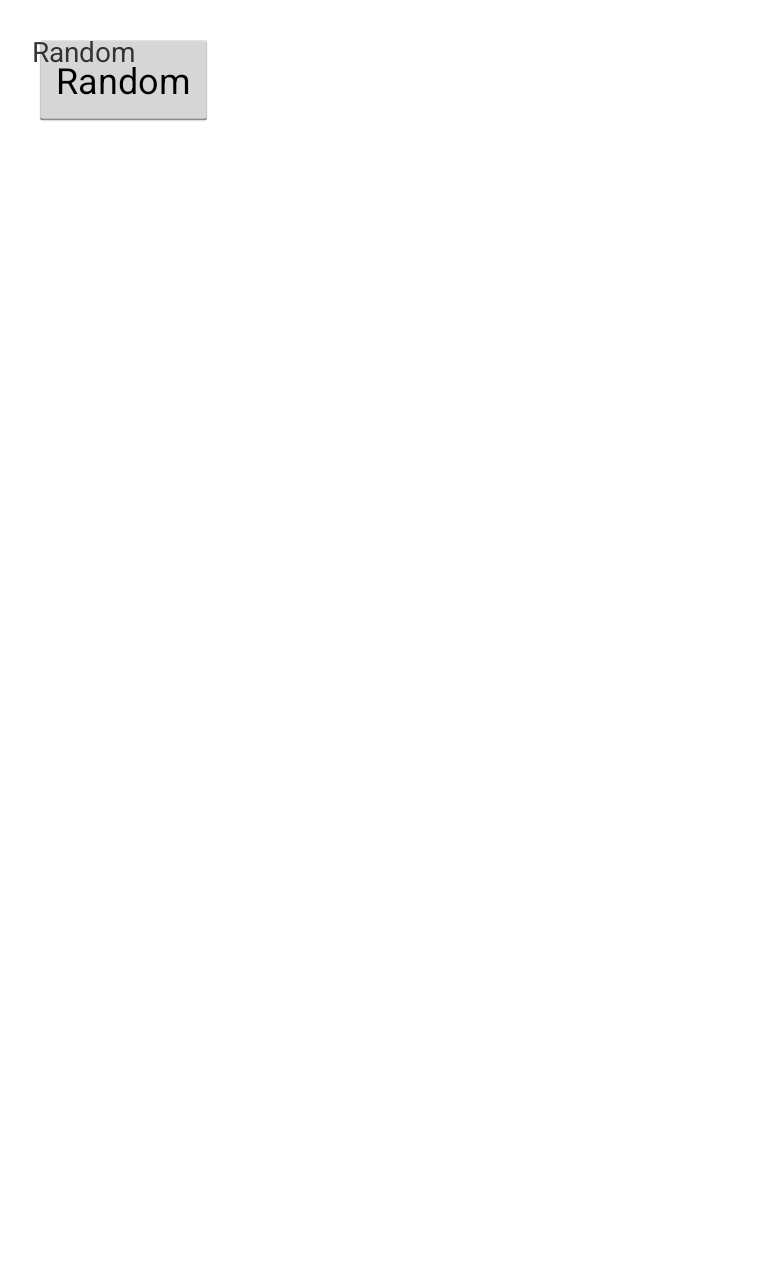
Repository: ek222mw/IDV436_API_Komponent
Layout: Labb1/res/layout/activity_main.xml
These files come from the project's save history. The layout is drawn as it stood at one moment and after the next save; the edit follows.
It is drawn on a 768 x 1280 px phone screen (xhdpi) without system bars, with theme AppTheme; the app's code is not run.

Above is the layout before, as saved 2014-11-14 09:31:17.

### Labb1/res/layout/activity_main.xml
<RelativeLayout xmlns:android="http://schemas.android.com/apk/res/android"
    xmlns:tools="http://schemas.android.com/tools"
    android:layout_width="match_parent"
    android:layout_height="match_parent"
    android:paddingBottom="@dimen/activity_vertical_margin"
    android:paddingLeft="@dimen/activity_horizontal_margin"
    android:paddingRight="@dimen/activity_horizontal_margin"
    android:paddingTop="@dimen/activity_vertical_margin"
    tools:context="com.example.labb1.MainActivity" >

    <Button
        android:id="@+id/button_send"
        android:layout_width="wrap_content"
        android:layout_height="wrap_content"
        android:text="@string/random" />

    <TextView

        android:layout_width="wrap_content"
        android:layout_height="wrap_content"
        android:text="@string/random"

         />


    <TextView
        android:id="@+id/randomInt"
        android:layout_width="wrap_content"
        android:layout_height="wrap_content"

        android:text="@string/randomInt"

         />


</RelativeLayout>

### Labb1/res/values/strings.xml
<?xml version="1.0" encoding="utf-8"?>
<resources>

    <string name="app_name">Labb1</string>
    <string name="hello_world">Hello world!</string>
    <string name="action_settings">Settings</string>
    <string name="random">Random</string>
    <string name="randomInt"></string>

</resources>

Loaded but not shown: Labb1/res/values/styles.xml (common file); Labb1/res/values-v11/styles.xml (common file); Labb1/res/values-v14/styles.xml (common file); Labb1/res/values/dimens.xml (common file); Labb1/res/values-w820dp/dimens.xml (common file)

After the next save:
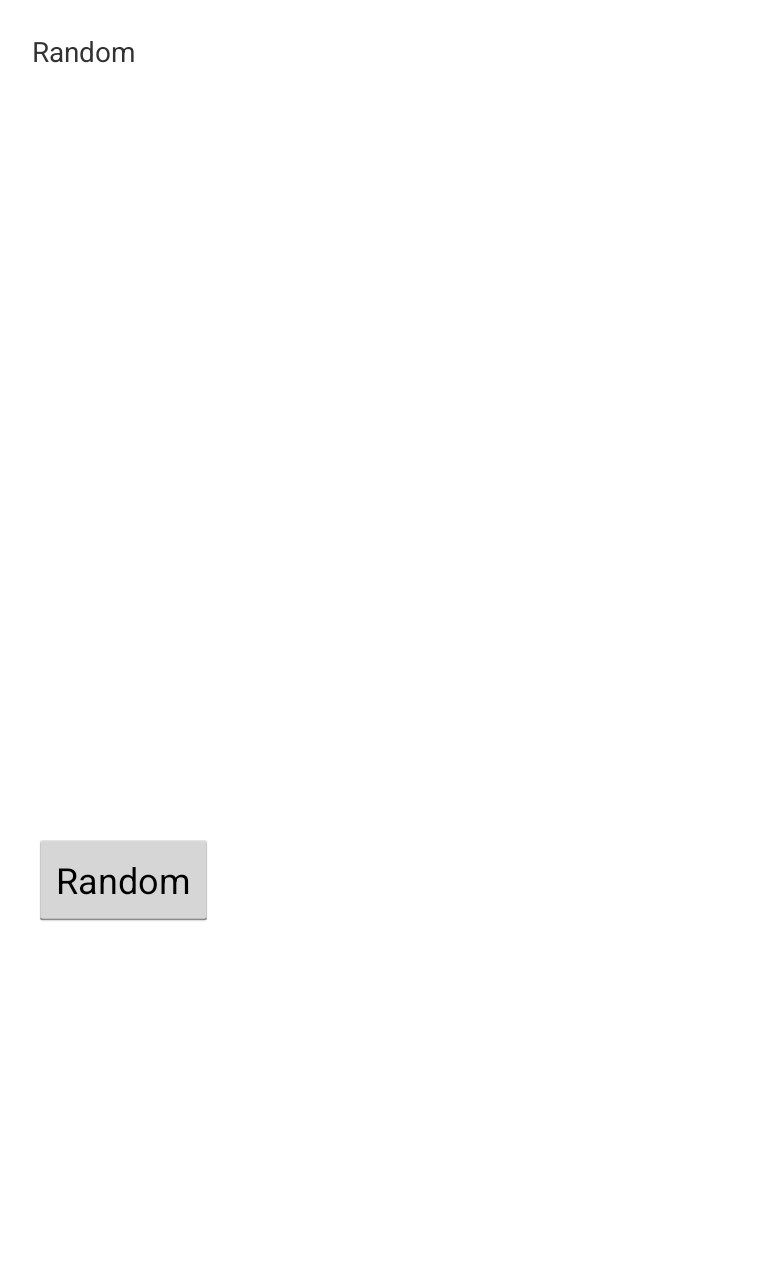
Saved 5 min 24 s later.
--- a/Labb1/res/layout/activity_main.xml
+++ b/Labb1/res/layout/activity_main.xml
@@ -12,7 +12,9 @@
         android:id="@+id/button_send"
         android:layout_width="wrap_content"
         android:layout_height="wrap_content"
-        android:text="@string/random" />
+        android:text="@string/random"
+        android:layout_marginTop="400dp"
+        />
 
     <TextView
 
@@ -27,7 +29,6 @@
         android:id="@+id/randomInt"
         android:layout_width="wrap_content"
         android:layout_height="wrap_content"
-
         android:text="@string/randomInt"
 
          />
